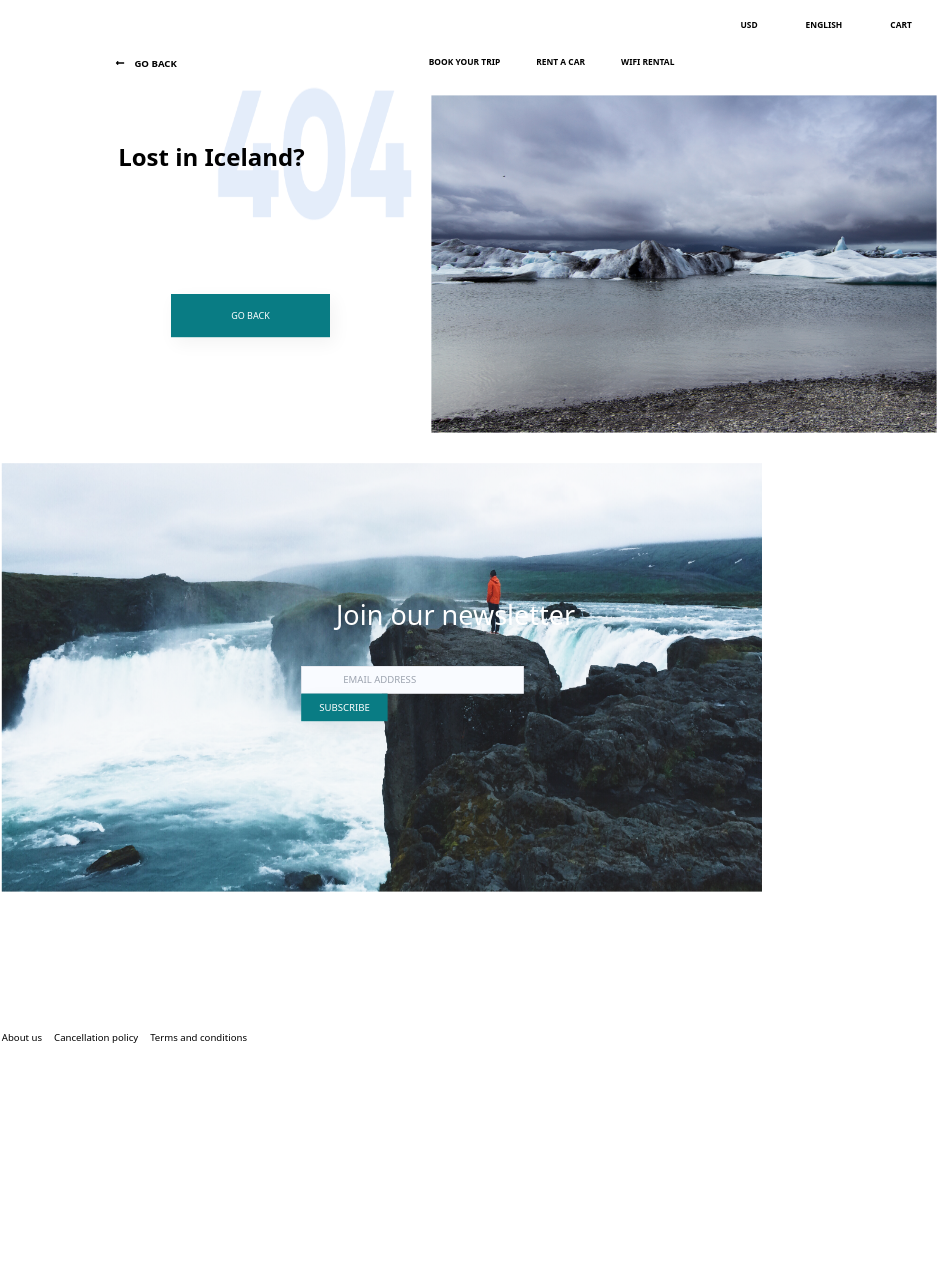
Repository: uh-sman/Iceland
Page: /
The author's editor kept a copy of each file at every save. The page is drawn from the files as they stood at one save, then again after the next save.
The browser window is 1280 px wide. The page is 1561 px wide, so the pictures cover 1561 px, including what lies to the right of the window. The pictures show the whole page, at 60% of full size.
The project was rebuilt for these pictures with package versions that can differ from the ones it lists, and the page was loaded fresh each time.

Above is the page before, as saved 2022-09-08 23:36:31.

After the next save:
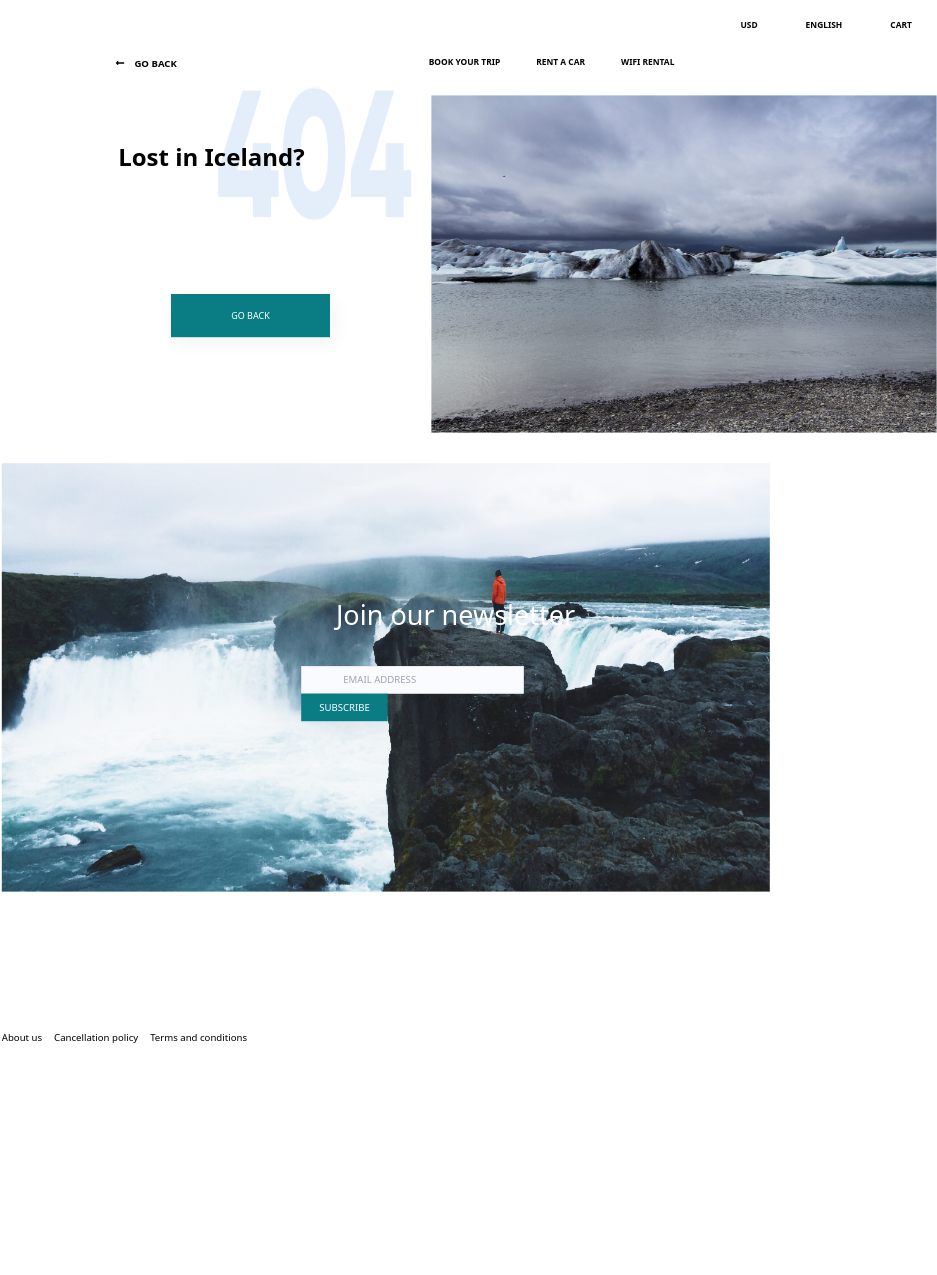
Saved 8 s later.
--- a/src/components/Newsletter.js
+++ b/src/components/Newsletter.js
@@ -8,7 +8,7 @@ export const Newsletter = () => {
           // w-[1440px]
           src={adventure}
           className="absolute h-[714px] left-[3px]
-          top-[772px] w-[99%]"
+          top-[772px] w-[99.99%]"
         />
         <div className="container">
           <h1 className="text-[45px] font-[600px] absolute top-[990px] left-[560px] text-white">
